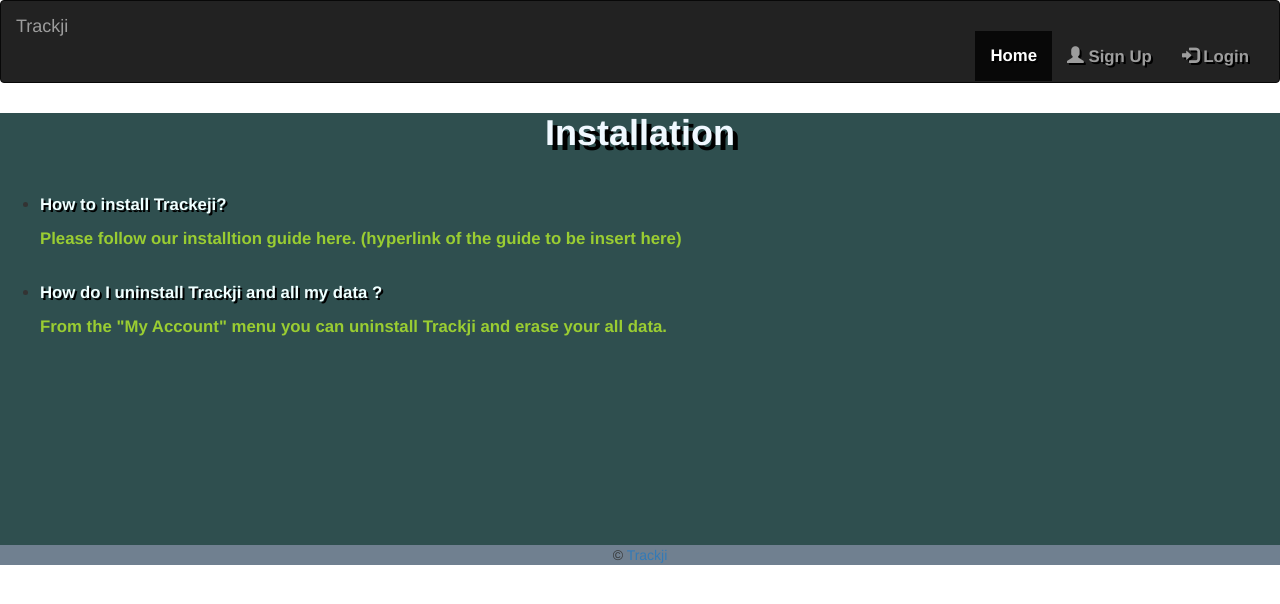
Repository: prathmeshgodbole/Web_Development
Page: Mobile_tracker/Installation.html
These files come from the project's save history. The page is drawn as it stood at one moment and after the next save; the edit follows.
The browser window is 1280 px wide. The pictures show the whole page.

Above is the page before, as saved 2020-03-08 18:33:26.

After the next save:
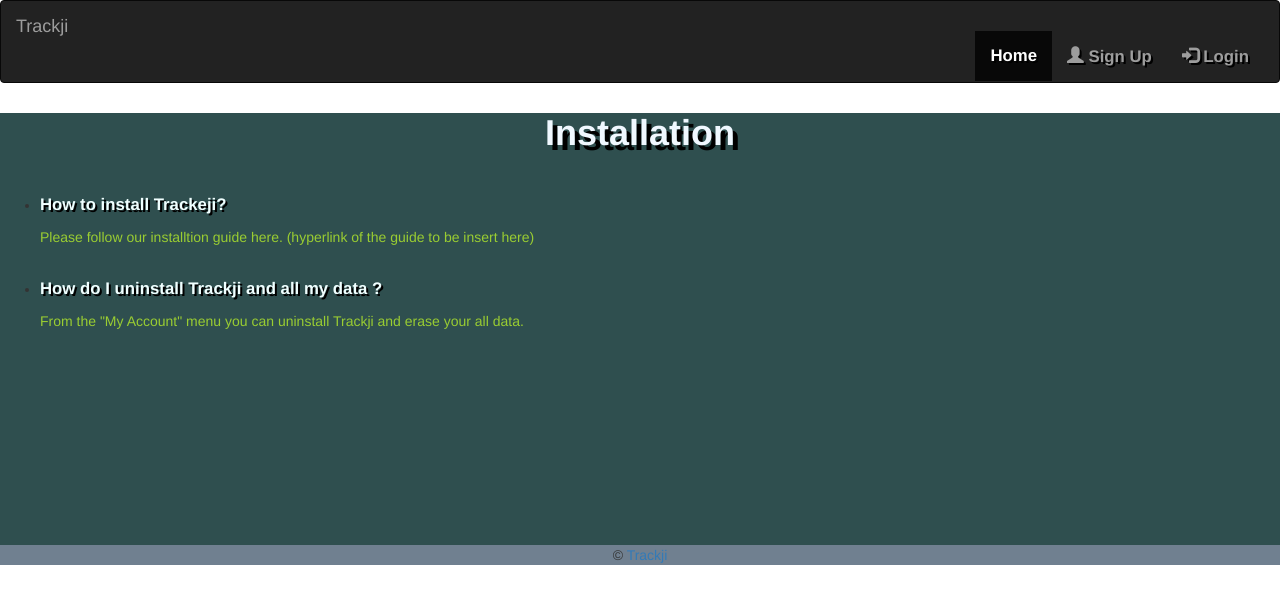
Saved 8 s later.
--- a/Mobile_tracker/css/installation.css
+++ b/Mobile_tracker/css/installation.css
@@ -21,12 +21,12 @@ ul {
 }
 
 ul li {
-    font-weight: bold;
-    font-size: larger;
     margin-top: 30px;
 }
 
 ul li a {
+    font-weight: bold;
+    font-size: larger;
     color: azure;
     text-shadow: black 2px 2px;
 }
